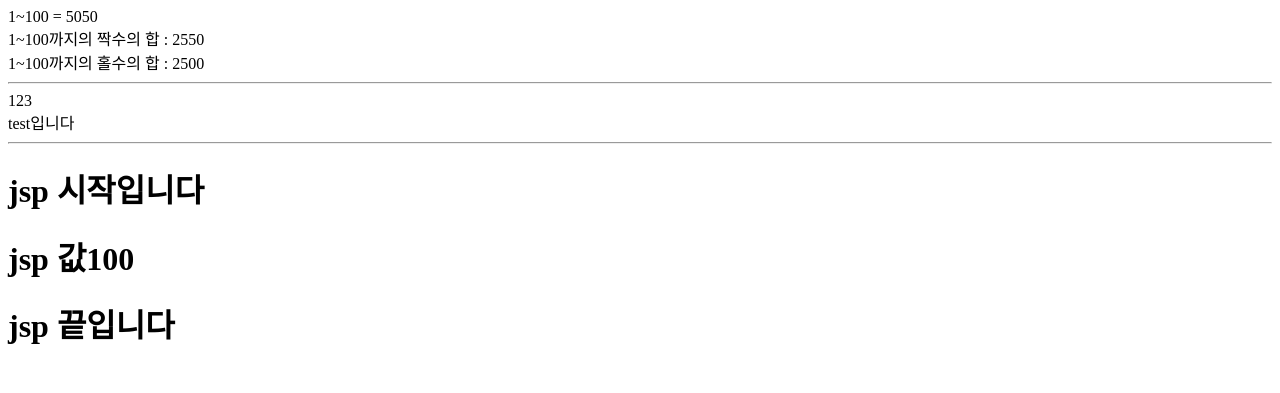
Repository: ryu1917/jsp
Page: http://localhost/jsp/test.jsp
The author's editor kept a copy of each file at every save. The page is drawn from the files as they stood at one save, then again after the next save.
The browser window is 1280 px wide. The pictures show the whole page.
The page is served by Tomcat 9.

Above is the page before, as saved 2021-04-20 10:22:56.

After the next save:
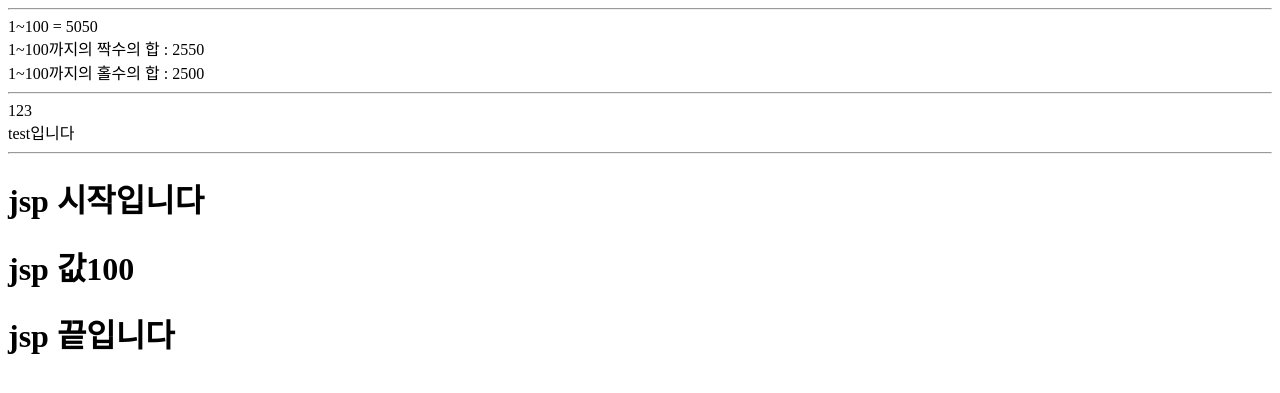
Saved 2 min 33 s later.
--- a/workspace/jsp/src/main/webapp/test.jsp
+++ b/workspace/jsp/src/main/webapp/test.jsp
@@ -7,24 +7,29 @@
 <title>Insert title here</title>
 </head>
 <body>
+
+
+
+
+
+
+
+
+
+
+<hr>
 <%int sum=0;
+int sum2=0;
+int sum3=0;
 for(int i=0;i<=100;i++){
 	sum+=i;
+	if(i%2==0){
+		sum2+=i;}
+	if(i%2==1){
+		sum3+=i;}
 }%>
 <%="1~100 = "+sum %><br>
-
-<%int sum2=0;
-for(int i=0;i<=100;i++){
-	if(i%2==0){
-	sum2+=i;}
-}%>
 <%="1~100까지의 짝수의 합 : "+sum2 %><br>
-
-<%int sum3=0;
-for(int i=0;i<=100;i++){
-	if(i%2==1){
-	sum3+=i;}
-}%>
 <%="1~100까지의 홀수의 합 : "+sum3 %><br>
 
 <hr>
